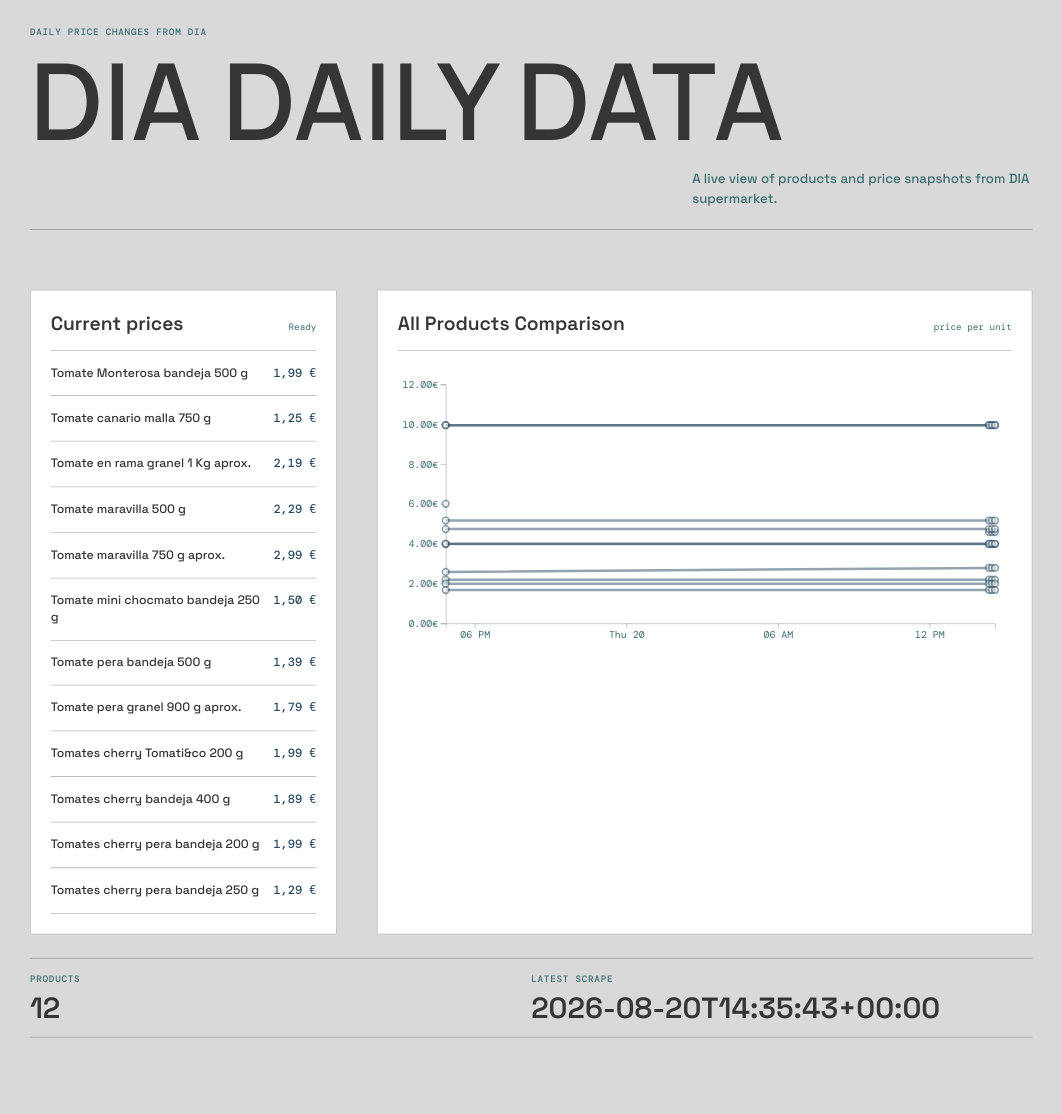
Repository: lloop/dia-daily-data
Page: http://localhost/
The author's editor kept a copy of each file at every save. The page is drawn from the files as they stood at one save, then again after the next save.
The browser window is 1280 px wide. The pictures show the whole page, at 83% of full size.
The page is served by the project's application, run on Flask 3 (app.py). Other server files are loaded and not shown. The page reads the database file committed with the project.

Above is the page before, as saved 2026-08-20 17:40:35.

### templates/index.html
<!doctype html>
<html lang="en">
<head>
  <meta charset="utf-8">
  <meta name="viewport" content="width=device-width, initial-scale=1">
  <title>Daily Price Changes From DIA</title>
  <link rel="stylesheet" href="{{ url_for('static', filename='styles.css') }}">
</head>
<body>
  <main class="dashboard">
    <header class="dashboard__header">
      <p class="eyebrow">Daily Price Changes From DIA</p>
      <h1>DIA DAILY DATA</h1>
      <p class="lede">A live view of products and price snapshots from DIA supermarket.</p>
    </header>

    <section class="content-grid">
      <div class="panel">
        <div class="panel__heading">
          <h2>Current prices</h2>
          <span id="status">Loading...</span>
        </div>
        <div id="product-list" class="product-list"></div>
      </div>

      <div class="panel panel--chart">
        <div class="panel__heading">
          <h2 id="chart-title">Price history</h2>
          <span id="chart-unit"></span>
        </div>
        <svg id="price-chart" role="img" aria-label="Selected product price history"></svg>
        <p id="empty-chart" class="empty-state">Select a product to inspect its price history.</p>
      </div>
    </section>

    <section class="summary" aria-label="Database summary">
      <div><span class="summary__label">Products</span><strong id="product-count">-</strong></div>
      <div><span class="summary__label">Latest scrape</span><strong id="latest-scrape">-</strong></div>
    </section>

  </main>

  <script src="https://cdn.jsdelivr.net/npm/d3@7"></script>
  <script src="{{ url_for('static', filename='app.js') }}"></script>
</body>
</html>

### app.py
"""Flask server for exploring scraped DIA product and price data."""

import json
import sqlite3
from pathlib import Path

from flask import Flask, jsonify, render_template

from config import DATABASE_FILE


def create_app(database_path=None):
    """Create the Flask application, optionally using a test database."""
    app = Flask(__name__)
    app.config['DATABASE_FILE'] = Path(database_path or DATABASE_FILE)

    def query_database(query, parameters=()):
        database_file = app.config['DATABASE_FILE']
        if not database_file.exists():
            return []

        with sqlite3.connect(database_file) as connection:
            connection.row_factory = sqlite3.Row
            return [dict(row) for row in connection.execute(query, parameters)]

    @app.get('/')
    def index():
        return render_template('index.html')

    @app.get('/api/products')
    def products():
        rows = query_database(
            """
            SELECT
                products.id,
                products.name,
                products.item_type,
                products.metadata_json,
                latest.price,
                latest.currency,
                latest.raw_price_per_unit,
                latest.unit_price_eur,
                latest.availability,
                latest.scraped_at
            FROM products
            LEFT JOIN price_logs AS latest
                ON latest.id = (
                    SELECT price_logs.id
                    FROM price_logs
                    WHERE price_logs.product_id = products.id
                    ORDER BY price_logs.scraped_at DESC, price_logs.id DESC
                    LIMIT 1
                )
            ORDER BY products.name
            """
        )

        for row in rows:
            row['metadata'] = json.loads(row.pop('metadata_json') or '{}')

        return jsonify(rows)

    @app.get('/api/products/<int:product_id>/price-history')
    def price_history(product_id):
        rows = query_database(
            """
            SELECT price, currency, raw_price_per_unit, unit_price_eur,
                   availability, scraped_at
            FROM price_logs
            WHERE product_id = ?
            ORDER BY scraped_at, id
            """,
            (product_id,),
        )
        return jsonify(rows)

    return app


app = create_app()


if __name__ == '__main__':
    app.run(debug=True)

### static/styles.css
@import url('https://fonts.googleapis.com/css2?family=DM+Mono:wght@400;500&family=Manrope:wght@400;500;600;700&family=Space+Grotesk:wght@400;500;600;700&display=swap');

:root {
  color-scheme: light;
  --font-display: 'Space Grotesk', 'Helvetica Neue', Arial, sans-serif;
  --font-heading: 'Manrope', 'Helvetica Neue', Arial, sans-serif;
  --font-mono: 'DM Mono', 'Courier New', monospace;
  --graphite: #353535;
  --stormy-teal: #3c6e71;
  --white: #ffffff;
  --alabaster-grey: #d9d9d9;
  --yale-blue: #284b63;
  --ink: var(--graphite);
  --muted: var(--stormy-teal);
  --paper: var(--alabaster-grey);
  --panel: var(--white);
  --line: rgba(53, 53, 53, 0.32);
  --accent: var(--yale-blue);
  --accent-soft: rgba(60, 110, 113, 0.12);
}

* { box-sizing: border-box; }
body { margin: 0; background: var(--paper); color: var(--ink); font-family: var(--font-display); }
.dashboard { max-width: 1440px; margin: 0 auto; padding: 32px 36px 64px; }
.dashboard__header { max-width: none; margin-bottom: 72px; padding-bottom: 24px; border-bottom: 1px solid var(--line); }
.eyebrow, .summary__label, #status, #chart-unit { font: 500 0.7rem/1.2 var(--font-mono); letter-spacing: 0.08em; text-transform: uppercase; }
.eyebrow { color: var(--stormy-teal); margin: 0 0 20px; }
h1 { max-width: none; white-space: nowrap; font-family: var(--font-heading); font-size: clamp(2.6rem, 10vw, 9rem); line-height: 0.86; margin: 0 0 28px; font-weight: 600; letter-spacing: 0; }
.lede { max-width: 410px; color: var(--muted); font: 500 1rem/1.5 var(--font-display); margin: 0 0 0 auto; }
.summary { display: flex; gap: 0; margin-bottom: 28px; border-top: 1px solid var(--line); border-bottom: 1px solid var(--line); }
.summary > div { flex: 1; background: transparent; border: 0; border-radius: 0; padding: 18px 20px 18px 0; box-shadow: none; }
.summary__label { display: block; color: var(--muted); margin-bottom: 10px; }
.summary strong { font-size: 2.2rem; line-height: 1; font-weight: 600; }
.content-grid { display: grid; grid-template-columns: minmax(280px, 0.75fr) minmax(420px, 1.6fr); gap: 48px; margin-bottom: 28px; }
.panel { background: var(--panel); border: 1px solid var(--line); border-radius: 0; padding: 24px; min-height: 420px; box-shadow: none; }
.panel__heading { display: flex; align-items: baseline; justify-content: space-between; gap: 16px; border-bottom: 1px solid var(--line); padding-bottom: 18px; }
h2 { font-size: 1.45rem; font-weight: 600; letter-spacing: 0; margin: 0; }
#status, #chart-unit { color: var(--muted); letter-spacing: 0; text-transform: none; font-weight: 400; }
.product-list { display: grid; }
.product-button { display: flex; justify-content: space-between; gap: 16px; width: 100%; text-align: left; border: 0; border-bottom: 1px solid var(--line); background: transparent; color: inherit; padding: 17px 0; cursor: pointer; transition: background 160ms ease, padding 160ms ease; }
.product-button:hover, .product-button.is-selected { background: var(--accent-soft); padding-left: 12px; padding-right: 12px; }
.product-name { font: 500 0.92rem/1.35 var(--font-display); }
.product-price { white-space: nowrap; font: 500 0.9rem/1.35 var(--font-mono); color: var(--accent); }
#price-chart { width: 100%; height: 350px; margin-top: 20px; overflow: visible; }
.axis text { fill: var(--muted); font: 12px var(--font-mono); }
.axis path, .axis line { stroke: var(--line); }
.chart-line { fill: none; stroke: var(--accent); stroke-width: 3; }
.chart-dot { fill: var(--panel); stroke: var(--accent); stroke-width: 2; }
.empty-state { color: var(--muted); font: 400 0.95rem/1.5 var(--font-display); }
@media (max-width: 800px) { .dashboard { padding: 24px 16px 48px; } .dashboard__header { margin-bottom: 44px; } h1 { font-size: clamp(2rem, 13vw, 6rem); } .lede { margin-left: 0; } .content-grid { grid-template-columns: 1fr; gap: 20px; } .summary { flex-direction: column; } .summary > div { padding-right: 0; } .panel--chart { min-height: 360px; } }

### static/app.js
const state = { products: [], histories: {}, selectedId: null };

const productList = document.querySelector('#product-list');
const status = document.querySelector('#status');
const productCount = document.querySelector('#product-count');
const latestScrape = document.querySelector('#latest-scrape');
const chartTitle = document.querySelector('#chart-title');
const chartUnit = document.querySelector('#chart-unit');
const chart = d3.select('#price-chart');
const emptyChart = document.querySelector('#empty-chart');

// Color scale to give each tomato line a unique color
const colorScale = d3.scaleOrdinal(d3.schemeCategory10);

function formatPrice(value, currency = 'EUR') {
  if (value === null || value === undefined) return 'No price';
  return new Intl.NumberFormat('es-ES', { style: 'currency', currency }).format(value);
}

function renderProducts() {
  productList.replaceChildren();
  state.products.forEach(product => {
    const button = document.createElement('button');
    button.className = 'product-button';
    button.dataset.productId = product.id;
    button.innerHTML = `<span class="product-name">${product.name}</span><span class="product-price">${formatPrice(product.price, product.currency)}</span>`;

    // Hover over sidebar button to highlight corresponding line on the chart
    button.addEventListener('mouseenter', () => highlightProduct(product.id));
    button.addEventListener('mouseleave', () => resetHighlight());

    // Click button to isolate/select product title
    button.addEventListener('click', () => selectProduct(product.id));
    productList.append(button);
  });
}

function drawChart() {
  const width = chart.node().clientWidth || 600;
  const height = 350;
  const margin = { top: 20, right: 20, bottom: 42, left: 58 };

  chart.attr('viewBox', `0 0 ${width} ${height}`).selectAll('*').remove();

  // Combine all product histories into arrays for plotting
  const allSeries = state.products.map(product => {
    const rawHistory = state.histories[product.id] || [];
    return {
      product,
      values: rawHistory.map(item => ({ ...item, date: new Date(item.scraped_at) }))
    };
  }).filter(series => series.values.length > 0);

  const hasData = allSeries.length > 0;
  emptyChart.hidden = hasData;
  chartUnit.textContent = hasData ? 'price per unit' : '';
  if (!hasData) return;

  // Flatten values across all products to calculate global X and Y domains
  const allPoints = allSeries.flatMap(s => s.values);
  const x = d3.scaleTime()
    .domain(d3.extent(allPoints, d => d.date))
    .range([margin.left, width - margin.right]);

  const y = d3.scaleLinear()
    .domain([0, d3.max(allPoints, d => d.unit_price_eur) * 1.15 || 1])
    .nice()
    .range([height - margin.bottom, margin.top]);

  const line = d3.line()
    .x(d => x(d.date))
    .y(d => y(d.unit_price_eur));

  // Axes
  chart.append('g')
    .attr('class', 'axis')
    .attr('transform', `translate(0,${height - margin.bottom})`)
    .call(d3.axisBottom(x).ticks(5));

  chart.append('g')
    .attr('class', 'axis')
    .attr('transform', `translate(${margin.left},0)`)
    .call(d3.axisLeft(y).ticks(5).tickFormat(value => `${value.toFixed(2)}€`));

  // Render Overlaid Lines (50% Opacity)
  allSeries.forEach(series => {
    const lineColor = colorScale(series.product.id);

    chart.append('path')
      .datum(series.values)
      .attr('class', `chart-line line-product-${series.product.id}`)
      .attr('d', line)
      .attr('fill', 'none')
      .attr('stroke', lineColor)
      .attr('stroke-width', 2)
      .attr('opacity', 0.5);

    // Data points for hover feedback
    chart.selectAll(`.chart-dot-${series.product.id}`)
      .data(series.values)
      .join('circle')
      .attr('class', `chart-dot chart-dot-${series.product.id}`)
      .attr('r', 4)
      .attr('cx', item => x(item.date))
      .attr('cy', item => y(item.unit_price_eur))
      .attr('fill', lineColor)
      .attr('opacity', 0.5)
      .on('mouseenter', () => highlightProduct(series.product.id))
      .on('mouseleave', () => resetHighlight())
      .append('title')
      .text(item => `${series.product.name}\n${formatPrice(item.unit_price_eur)} - ${item.scraped_at}`);
  });
}

function highlightProduct(productId) {
  // Dim all lines to 15% opacity, highlight selected line at 100% opacity
  chart.selectAll('.chart-line')
    .attr('opacity', 0.15)
    .attr('stroke-width', 2);

  chart.selectAll('.chart-dot')
    .attr('opacity', 0.15);

  chart.selectAll(`.line-product-${productId}`)
    .attr('opacity', 1)
    .attr('stroke-width', 4);

  chart.selectAll(`.chart-dot-${productId}`)
    .attr('opacity', 1);
}

function resetHighlight() {
  // Restore all lines to 50% opacity
  chart.selectAll('.chart-line')
    .attr('opacity', 0.5)
    .attr('stroke-width', 2);

  chart.selectAll('.chart-dot')
    .attr('opacity', 0.5);
}

function selectProduct(productId) {
  state.selectedId = productId;
  document.querySelectorAll('.product-button').forEach(button => {
    button.classList.toggle('is-selected', Number(button.dataset.productId) === productId);
  });
  const product = state.products.find(item => item.id === productId);
  if (product) {
    chartTitle.textContent = product.name;
  }
}

async function loadProducts() {
  const response = await fetch('/api/products');
  state.products = await response.json();
  productCount.textContent = state.products.length;
  latestScrape.textContent = state.products.reduce((latest, item) => item.scraped_at > latest ? item.scraped_at : latest, '-') || '-';
  status.textContent = state.products.length ? 'Loading history...' : 'No database records';

  renderProducts();

  // Fetch price history for all products in parallel
  const historyPromises = state.products.map(product =>
    fetch(`/api/products/${product.id}/price-history`)
      .then(res => res.json())
      .then(data => { state.histories[product.id] = data; })
  );

  await Promise.all(historyPromises);

  status.textContent = state.products.length ? 'Ready' : 'No database records';
  chartTitle.textContent = 'All Products Comparison';
  drawChart();
}

loadProducts().catch(error => {
  status.textContent = 'Unable to load data';
  console.error(error);
});

### output/dia_products.sqlite3 (the tables this page reads, as SQL)
CREATE TABLE price_logs (
    id INTEGER PRIMARY KEY,
    product_id INTEGER NOT NULL,
    price REAL,
    currency TEXT,
    raw_price_per_unit TEXT,
    unit_price_eur REAL,
    availability TEXT,
    scraped_at DATETIME NOT NULL,
    FOREIGN KEY (product_id) REFERENCES products(id)
);
INSERT INTO "price_logs" VALUES
(1, 1, 1.29, 'EUR', '(2,58 €/KILO)', 2.58, 'https://schema.org/InStock', '2026-08-19T16:50:45+00:00'),
(2, 2, 2.19, 'EUR', '(2,19 €/KILO)', 2.19, 'https://schema.org/InStock', '2026-08-19T16:50:45+00:00'),
(3, 3, 1.99, 'EUR', '(9,95 €/KILO)', 9.95, 'https://schema.org/InStock', '2026-08-19T16:50:45+00:00'),
(4, 4, 1.29, 'EUR', '(5,16 €/KILO)', 5.16, 'https://schema.org/InStock', '2026-08-19T16:50:45+00:00'),
(5, 5, 1.79, 'EUR', '(1,99 €/KILO)', 1.99, 'https://schema.org/InStock', '2026-08-19T16:50:45+00:00'),
(6, 6, 1.89, 'EUR', '(4,73 €/KILO)', 4.73, 'https://schema.org/InStock', '2026-08-19T16:50:45+00:00'),
(7, 7, 1.99, 'EUR', '(3,98 €/KILO)', 3.98, 'https://schema.org/InStock', '2026-08-19T16:50:45+00:00'),
(8, 8, 1.25, 'EUR', '(1,67 €/KILO)', 1.67, 'https://schema.org/InStock', '2026-08-19T16:50:45+00:00'),
(9, 9, 2.99, 'EUR', '(3,99 €/KILO)', 3.99, 'https://schema.org/OutOfStock', '2026-08-19T16:50:45+00:00'),
(10, 10, 1.5, 'EUR', '(6,00 €/KILO)', 6.0, 'https://schema.org/InStock', '2026-08-19T16:50:45+00:00'),
(11, 11, 1.99, 'EUR', '(9,95 €/KILO)', 9.95, 'https://schema.org/InStock', '2026-08-19T16:50:45+00:00'),
(12, 1, 1.39, 'EUR', '(2,78 €/KILO)', 2.78, 'https://schema.org/InStock', '2026-08-20T14:21:22+00:00'),
(13, 2, 2.19, 'EUR', '(2,19 €/KILO)', 2.19, 'https://schema.org/InStock', '2026-08-20T14:21:22+00:00'),
(14, 3, 1.99, 'EUR', '(9,95 €/KILO)', 9.95, 'https://schema.org/InStock', '2026-08-20T14:21:22+00:00'),
(15, 4, 1.29, 'EUR', '(5,16 €/KILO)', 5.16, 'https://schema.org/InStock', '2026-08-20T14:21:22+00:00'),
(16, 5, 1.79, 'EUR', '(1,99 €/KILO)', 1.99, 'https://schema.org/InStock', '2026-08-20T14:21:22+00:00'),
(17, 6, 1.89, 'EUR', '(4,73 €/KILO)', 4.73, 'https://schema.org/InStock', '2026-08-20T14:21:22+00:00'),
(18, 7, 1.99, 'EUR', '(3,98 €/KILO)', 3.98, 'https://schema.org/InStock', '2026-08-20T14:21:22+00:00'),
(19, 8, 1.25, 'EUR', '(1,67 €/KILO)', 1.67, 'https://schema.org/InStock', '2026-08-20T14:21:22+00:00'),
(20, 9, 2.99, 'EUR', '(3,99 €/KILO)', 3.99, 'https://schema.org/OutOfStock', '2026-08-20T14:21:22+00:00'),
(21, 11, 1.99, 'EUR', '(9,95 €/KILO)', 9.95, 'https://schema.org/InStock', '2026-08-20T14:21:22+00:00'),
(22, 12, 2.29, 'EUR', '(4,58 €/KILO)', 4.58, 'https://schema.org/InStock', '2026-08-20T14:21:22+00:00'),
(23, 1, 1.39, 'EUR', '(2,78 €/KILO)', 2.78, 'https://schema.org/InStock', '2026-08-20T14:28:25+00:00'),
(24, 2, 2.19, 'EUR', '(2,19 €/KILO)', 2.19, 'https://schema.org/InStock', '2026-08-20T14:28:25+00:00'),
(25, 3, 1.99, 'EUR', '(9,95 €/KILO)', 9.95, 'https://schema.org/InStock', '2026-08-20T14:28:25+00:00'),
(26, 4, 1.29, 'EUR', '(5,16 €/KILO)', 5.16, 'https://schema.org/InStock', '2026-08-20T14:28:25+00:00'),
(27, 5, 1.79, 'EUR', '(1,99 €/KILO)', 1.99, 'https://schema.org/InStock', '2026-08-20T14:28:25+00:00'),
(28, 6, 1.89, 'EUR', '(4,73 €/KILO)', 4.73, 'https://schema.org/InStock', '2026-08-20T14:28:25+00:00'),
(29, 7, 1.99, 'EUR', '(3,98 €/KILO)', 3.98, 'https://schema.org/InStock', '2026-08-20T14:28:25+00:00'),
(30, 8, 1.25, 'EUR', '(1,67 €/KILO)', 1.67, 'https://schema.org/InStock', '2026-08-20T14:28:25+00:00'),
(31, 9, 2.99, 'EUR', '(3,99 €/KILO)', 3.99, 'https://schema.org/OutOfStock', '2026-08-20T14:28:25+00:00'),
(32, 11, 1.99, 'EUR', '(9,95 €/KILO)', 9.95, 'https://schema.org/InStock', '2026-08-20T14:28:25+00:00'),
(33, 12, 2.29, 'EUR', '(4,58 €/KILO)', 4.58, 'https://schema.org/InStock', '2026-08-20T14:28:25+00:00'),
(34, 1, 1.39, 'EUR', '(2,78 €/KILO)', 2.78, 'https://schema.org/InStock', '2026-08-20T14:35:43+00:00'),
(35, 2, 2.19, 'EUR', '(2,19 €/KILO)', 2.19, 'https://schema.org/InStock', '2026-08-20T14:35:43+00:00'),
(36, 3, 1.99, 'EUR', '(9,95 €/KILO)', 9.95, 'https://schema.org/InStock', '2026-08-20T14:35:43+00:00'),
(37, 4, 1.29, 'EUR', '(5,16 €/KILO)', 5.16, 'https://schema.org/InStock', '2026-08-20T14:35:43+00:00'),
(38, 5, 1.79, 'EUR', '(1,99 €/KILO)', 1.99, 'https://schema.org/InStock', '2026-08-20T14:35:43+00:00'),
(39, 6, 1.89, 'EUR', '(4,73 €/KILO)', 4.73, 'https://schema.org/InStock', '2026-08-20T14:35:43+00:00'),
(40, 7, 1.99, 'EUR', '(3,98 €/KILO)', 3.98, 'https://schema.org/InStock', '2026-08-20T14:35:43+00:00'),
(41, 8, 1.25, 'EUR', '(1,67 €/KILO)', 1.67, 'https://schema.org/InStock', '2026-08-20T14:35:43+00:00'),
(42, 9, 2.99, 'EUR', '(3,99 €/KILO)', 3.99, 'https://schema.org/OutOfStock', '2026-08-20T14:35:43+00:00'),
(43, 11, 1.99, 'EUR', '(9,95 €/KILO)', 9.95, 'https://schema.org/InStock', '2026-08-20T14:35:43+00:00'),
(44, 12, 2.29, 'EUR', '(4,58 €/KILO)', 4.58, 'https://schema.org/InStock', '2026-08-20T14:35:43+00:00');

CREATE TABLE products (
    id INTEGER PRIMARY KEY,
    name TEXT UNIQUE NOT NULL,
    item_type TEXT,
    metadata_json TEXT NOT NULL
);
INSERT INTO "products" VALUES
(1, 'Tomate pera bandeja 500 g', 'Product', '{"type": "Product", "info_labels": ["Calibre: + 57MM-75MM", "Categoria: I", "Variedad: PERA", "Origen: PORTUGAL", "Tipo de producto: Tomates"]}'),
(2, 'Tomate en rama granel 1 Kg aprox.', 'Product', '{"type": "Product", "info_labels": ["Calibre: 57 + MM", "Categoria: I", "Variedad: RAMA", "Origen: VER ENVASE", "Tipo de producto: Tomates"]}'),
(3, 'Tomates cherry Tomati&co 200 g', 'Product', '{"type": "Product", "info_labels": ["Calibre: 18-35MM", "Categoria: I", "Variedad: VITALION", "Origen: ESPAÑA", "Tipo de producto: Tomates"]}'),
(4, 'Tomates cherry pera bandeja 250 g', 'Product', '{"type": "Product", "info_labels": ["Calibre: 17-35 MM", "Categoria: I", "Variedad: CHERRY PERA, ANGELLE", "Origen: ESPAÑA", "Tipo de producto: Tomates"]}'),
(5, 'Tomate pera granel 900 g aprox.', 'Product', '{"type": "Product", "info_labels": ["Calibre: 47-66MM", "Categoria: I", "Variedad: PERA", "Origen: PORTUGAL", "Tipo de producto: Tomates"]}'),
(6, 'Tomates cherry bandeja 400 g', 'Product', '{"type": "Product", "info_labels": ["Calibre: 18 MM - 32 MM", "Categoria: I", "Variedad: CHERRY REDONDO, KARELYA", "Origen: ESPAÑA", "Tipo de producto: Tomates"]}'),
(7, 'Tomate Monterosa bandeja 500 g', 'Product', '{"type": "Product", "info_labels": ["Calibre: +67MM-", "Categoria: I", "Variedad: MONTEROSA", "Origen: VER ENVASE", "Tipo de producto: Tomates"]}'),
(8, 'Tomate canario malla 750 g', 'Product', '{"type": "Product", "info_labels": ["Calibre: 47MM-66MM", "Categoria: I", "Variedad: -", "Origen: PORTUGAL", "Tipo de producto: Tomates"]}'),
(9, 'Tomate maravilla 750 g aprox.', 'Product', '{"type": "Product", "info_labels": ["Calibre: + 67MM", "Categoria: I", "Variedad: MARAVILLA", "Origen: ESPAÑA", "Tipo de producto: Tomates"]}'),
(10, 'Tomate mini chocmato bandeja 250 g', 'Product', '{"type": "Product", "info_labels": ["Calibre: 17-35MM", "Categoria: I", "Variedad: MINI CHOCMATO", "Origen: ESPAÑA", "Tipo de producto: Tomates"]}'),
(11, 'Tomates cherry pera bandeja 200 g', 'Product', '{"type": "Product", "info_labels": ["Calibre: 20-35 MM", "Categoria: I", "Variedad: CHERRY PERA LOBELLO", "Origen: ESPAÑA", "Tipo de producto: Tomates"]}'),
(12, 'Tomate maravilla 500 g', 'Product', '{"type": "Product", "info_labels": ["Calibre: 57 MM", "Categoria: I", "Variedad: MARAVILLA", "Origen: ESPAÑA", "Tipo de producto: Tomates"]}');

After the next save:
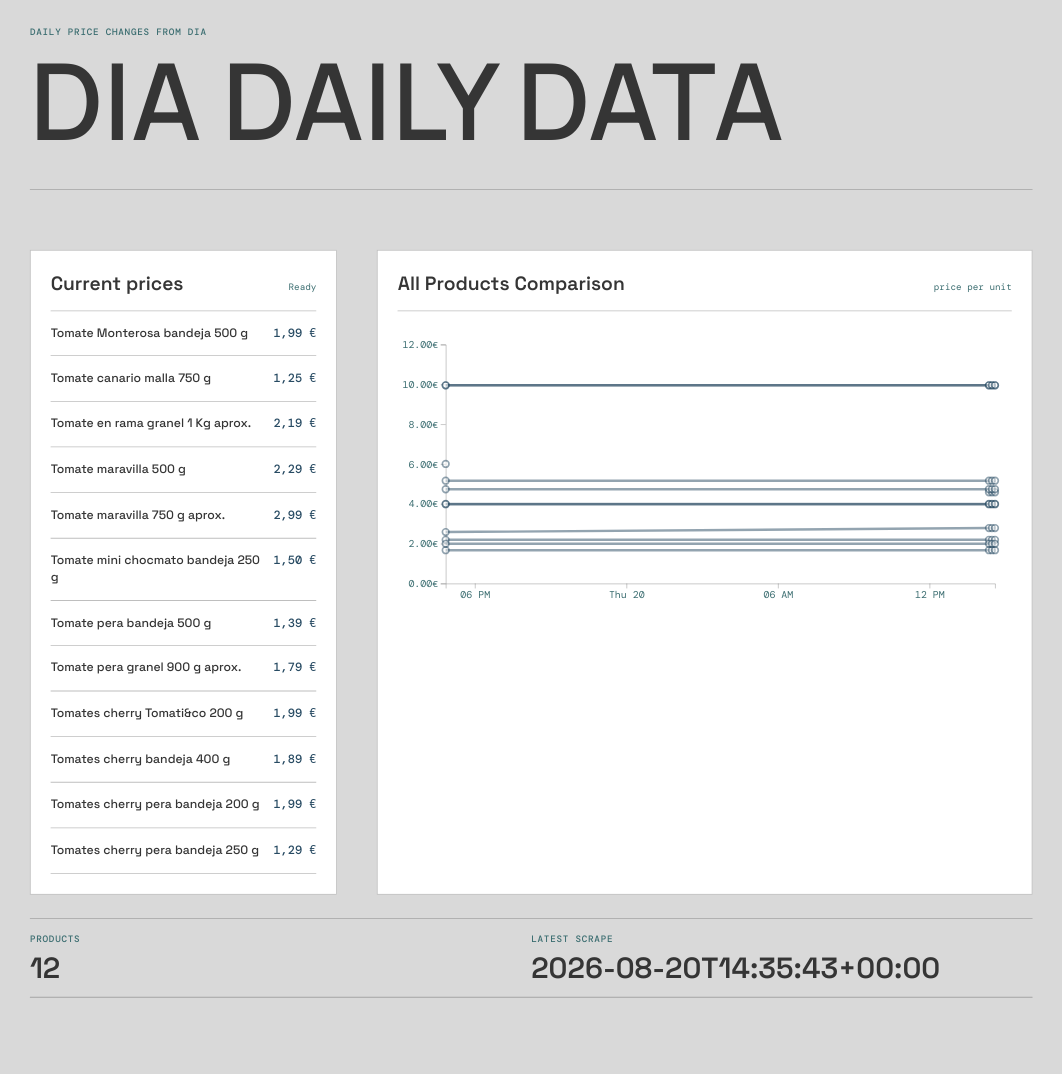
Saved 80 s later.
--- a/templates/index.html
+++ b/templates/index.html
@@ -11,7 +11,7 @@
     <header class="dashboard__header">
       <p class="eyebrow">Daily Price Changes From DIA</p>
       <h1>DIA DAILY DATA</h1>
-      <p class="lede">A live view of products and price snapshots from DIA supermarket.</p>
+      <!-- <p class="lede">A live view of products and price snapshots from DIA supermarket.</p> -->
     </header>
 
     <section class="content-grid">
